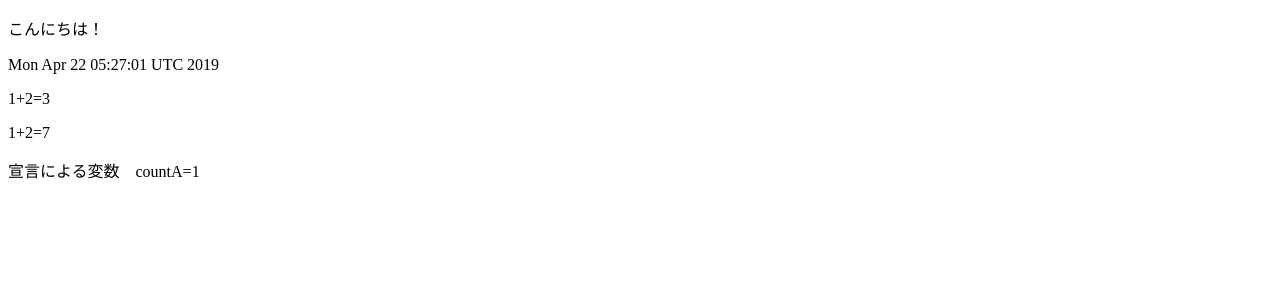
Repository: naoshima1109/test
Page: http://localhost/HelloJSP/
The author's editor kept a copy of each file at every save. The page is drawn from the files as they stood at one save, then again after the next save.
The browser window is 1280 px wide. The pictures show the whole page.
The page is served by Tomcat 9.

Above is the page before, as saved 2019-04-24 04:30:00.

After the next save:
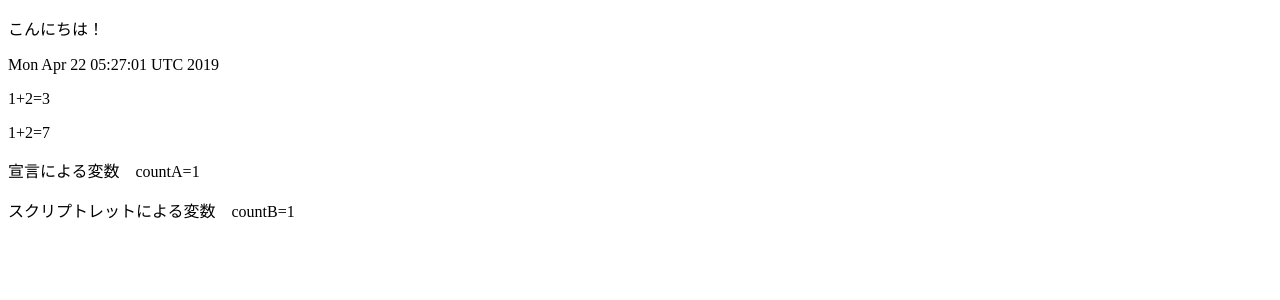
Saved 92 s later.
--- a/HelloJSP/WebContent/index.jsp
+++ b/HelloJSP/WebContent/index.jsp
@@ -28,5 +28,6 @@ countB++;
 
 %>
 <p>宣言による変数　countA=<%=countB %></p>
+<p>スクリプトレットによる変数　countB=<%=countB %></p>
 </body>
 </html>
